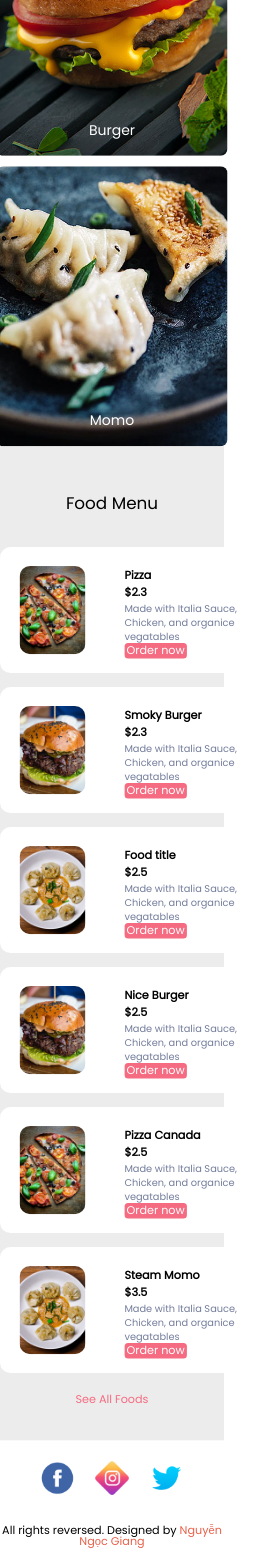
Repository: ruaruababa/WowFood
Page: index.html
The author's editor kept a copy of each file at every save. The page is drawn from the files as they stood at one save, then again after the next save.
The browser window is 320 px wide. The page is 375 px wide, then 325 px, so the pictures cover 375 px, including what lies to the right of the window. The pictures show the part of the page from y = 1082 to 3322 px (the page is 3322 px tall), at 70% of full size.

Above is the page before, as saved 2021-09-19 21:16:14.

### index.html
<!DOCTYPE html>
<html lang="en">
  <head>
    <meta charset="UTF-8" />
    <meta http-equiv="X-UA-Compatible" content="IE=edge" />
    <meta name="viewport" content="width=device-width, initial-scale=1.0" />
    <title>Document</title>
    <link rel="stylesheet" href="./style.css" />
    <link rel="stylesheet" href="./reset.css" />
    <link rel="preconnect" href="https://fonts.googleapis.com" />
    <link rel="preconnect" href="https://fonts.gstatic.com" crossorigin />
    <link
      href="https://fonts.googleapis.com/css2?family=Poppins:wght@400&display=swap"
      rel="stylesheet"
    />
    <link
      rel="stylesheet"
      href="https://cdnjs.cloudflare.com/ajax/libs/font-awesome/5.15.4/css/all.min.css"
      integrity="sha512-1ycn6IcaQQ40/MKBW2W4Rhis/DbILU74C1vSrLJxCq57o941Ym01SwNsOMqvEBFlcgUa6xLiPY/NS5R+E6ztJQ=="
      crossorigin="anonymous"
      referrerpolicy="no-referrer"
    />
  </head>

  <body>
    <nav>
      <input type="checkbox" id="check" />
      <label for="check" class="checkbtn">
        <i class="fas fa-bars"></i>
      </label>
      <label class="logo">
        <img src="./img/logo.png" alt="" class="img-logo" />
      </label>
      <ul class="navbar">
        <li><a class="active" href="#">Home</a></li>
        <li><a href="#">Home</a></li>
        <li><a href="#">Categories</a></li>
        <li><a href="#">Foods</a></li>
        <li><a href="#">Contact</a></li>
      </ul>
    </nav>
    <section id="section-search">
      <div class="container-section-search">
        <div class="background-search">
          <img src="./img/bg.jpg" alt="bgr-search" />
        </div>
        <div class="form">
          <input
            type="text"
            placeholder="Search for Food ..."
            class="input-search"
          />
          <!-- <button class="btn-search">Search</button> -->
          <input type="button" value="Search" class="btn-search" />
        </div>
      </div>
    </section>
    <section id="section-collection">
      <div class="container-section-collection">
        <div class="explore-food">Explore Foods</div>
        <ul class="list-food">
          <li class="item">
            <img src="./img/pizza.jpg" alt="" /><span>Pizza</span>
          </li>
          <li class="item">
            <img src="./img/burger.jpg" alt="" /><span>Burger</span>
          </li>
          <li class="item">
            <img src="./img/momo.jpg" alt="" /><span>Momo</span>
          </li>
        </ul>
      </div>
    </section>
    <article>
      <div class="container-article">
        <div class="title-food-menu">Food Menu</div>
        <div class="container-menu">
          <div class="container-item">
            <img src="./img/menu-pizza.jpg" alt="" class="bgr-item" />
            <div class="item-content">
              <h6 class="title-item">Pizza</h6>
              <span class="price-item">$2.3</span>
              <p class="des-item">
                Made with Italia Sauce, Chicken, and organice vegatables
              </p>
              <a href="" class="oder-item">Order now</a>
            </div>
          </div>
          <div class="container-item">
            <img src="./img/menu-burger.jpg" alt="" class="bgr-item" />
            <div class="item-content">
              <h6 class="title-item">Smoky Burger</h6>
              <span class="price-item">$2.3</span>
              <p class="des-item">
                Made with Italia Sauce, Chicken, and organice vegatables
              </p>
              <a href="" class="oder-item">Order now</a>
            </div>
          </div>
          <div class="container-item">
            <img src="./img/menu-momo.jpg" alt="" class="bgr-item" />
            <div class="item-content">
              <h6 class="title-item">Food title</h6>
              <span class="price-item">$2.5</span>
              <p class="des-item">
                Made with Italia Sauce, Chicken, and organice vegatables
              </p>
              <a href="" class="oder-item">Order now</a>
            </div>
          </div>
          <div class="container-item">
            <img src="./img/menu-burger.jpg" alt="" class="bgr-item" />
            <div class="item-content">
              <h6 class="title-item">Nice Burger</h6>
              <span class="price-item">$2.5</span>
              <p class="des-item">
                Made with Italia Sauce, Chicken, and organice vegatables
              </p>
              <a href="" class="oder-item">Order now</a>
            </div>
          </div>
          <div class="container-item">
            <img src="./img/menu-pizza.jpg" alt="" class="bgr-item" />
            <div class="item-content">
              <h6 class="title-item">Pizza Canada</h6>
              <span class="price-item">$2.5</span>
              <p class="des-item">
                Made with Italia Sauce, Chicken, and organice vegatables
              </p>
              <a href="" class="oder-item">Order now</a>
            </div>
          </div>
          <div class="container-item">
            <img src="./img/menu-momo.jpg" alt="" class="bgr-item" />
            <div class="item-content">
              <h6 class="title-item">Steam Momo</h6>
              <span class="price-item">$3.5</span>
              <p class="des-item">
                Made with Italia Sauce, Chicken, and organice vegatables
              </p>
              <a href="" class="oder-item">Order now</a>
            </div>
          </div>
        </div>
        <div class="footer-food-menu">
          <a href="#" class="see-all-foods">See All Foods</a>
        </div>
      </div>
    </article>
    <footer>
      <div class="container-footer">
        <div class="social-network-icon">
          <div class="icon-fb">
            <a href="https://www.facebook.com/WowFoodPage"
              ><img src="./img/facebook_icon-icons.com_59205.png" alt=""
            /></a>
          </div>
          <div class="icon-insta">
            <a href="https://www.instagram.com/wowfoodrus/"
              ><img src="./img/intsa-icon.png" alt=""
            /></a>
          </div>
          <div class="icon-twitter">
            <a href="https://twitter.com/WOWFoodPics"
              ><img src="./img/twitter_socialnetwork_20007.png" alt=""
            /></a>
          </div>
        </div>
        <div class="license">
          <p>
            All rights reversed. Designed by <a href="">Nguyễn Ngọc Giang</a>
          </p>
        </div>
      </div>
    </footer>
  </body>
  <!-- <script src="/main.js"></script> -->
</html>

### style.css
li {
  text-decoration: none;
}

a {
  text-decoration: none;
}

nav {
  height: 80px;
  width: 100%;
}

label.logo {
  padding: 0 100px;
}

nav ul {
  float: right;
  margin-right: 50px;
}

nav ul li {
  display: inline-block;
  line-height: 80px;
  margin: 0 5px;
}

nav ul li a {
  color: #e7614a;
  font-size: 17px;
  padding: 7px 13px;
  border-radius: 3px;
}

.checkbtn {
  font-size: 30px;
  color: white;
  float: right;
  line-height: 80px;
  margin-right: 40px;
  cursor: pointer;
  display: none;
}

#check {
  display: none;
}

ul:hover li {
  filter: blur(3px);
  opacity: 0.5;
  transform: scale(0.98);
  box-shadow: none;
}

ul:hover li:hover {
  transform: scale(1.2);
  filter: blur(0px);
  opacity: 1;
  box-shadow: 0 8px 20px 0px rgba(0, 0, 0, 0.125);
}

.container-section-search {
  position: relative;
  text-align: center;
  margin-top: 15px;
}

.background-search {
  height: 250px;
}

.background-search img {
  height: inherit;
  width: 100%;
  object-fit: cover;
}

.form {
  width: 100%;
  position: absolute;
  top: 50%;
  left: 50%;
  transform: translate(-50%, -50%);
  height: 22px;
}

.input-search {
  width: 35%;
  height: inherit;
}

.btn-search {
  background-color: rgba(250, 59, 59, 0.849);
  border: none;
  border-radius: 5px;
  font-size: 14px;
  color: white;
  cursor: pointer;
  padding: 3px;
}

#section-collection {
  position: relative;
}

.container-section-collection {
  height: max-content;
}

.explore-food {
  padding-top: 70px;
  text-align: center;
  font-size: 24px;
  font-family: "Poppins", sans-serif;
}

.collection-food {
  width: 100%;
}

.list-food {
  margin-top: 50px;
  display: flex;
  justify-content: center;
  column-gap: 50px;
}

.list-food li {
  width: 330px;
  height: 400px;
  transition: 0.2s all;
}

.list-food li:hover {
  transform: scale(1.1);
}

.list-food li img {
  width: 100%;
  height: 100%;
  object-fit: cover;
  border-radius: 10px;
}

.list-food li span {
  font-family: "Poppins", sans-serif;
  display: block;
  font-size: 20px;
  text-align: center;
  color: #ffffff;
  margin-top: -50px;
}

article {
  background-color: #ececec;
}

.title-food-menu {
  padding-top: 70px;
  font-size: 24px;
  text-align: center;
  font-family: "Poppins", sans-serif;
}

.container-menu {
  padding-top: 50px;
  display: grid;
  grid-gap: 20px;
  grid-template-columns: repeat(auto-fit, minmax(550px, 1fr));
  grid-auto-rows: 180px;
  justify-items: center;
  font-family: "Poppins", sans-serif;
}

.container-item:nth-child(odd) {
  justify-self: end;
}

.container-item:nth-child(even) {
  justify-self: start;
}

.container-item {
  background-color: #ffffff;
  display: flex;
  align-items: center;
  border-radius: 15px;
}

.container-item img {
  width: 25%;
  height: 70%;
  object-fit: cover;
  border-radius: 15px;
  margin: 0 28px;
}

.container-item .item-content {
  width: 100%;
  height: 70%;
  object-fit: cover;
  border-radius: 15px;
  margin: 0 28px;
}

.item-content {
  display: inline-block;
}

.title-item {
  font-size: 16px;
  font-weight: bold;
  line-height: 25px;
}

.price-item {
  line-height: 25px;
  font-weight: bold;
}

.des-item {
  font-size: 14px;
  line-height: 20px;
  color: #747d9c;
}

.oder-item {
  text-decoration: none;
  background-color: #f56b81;
  color: white;
  border-radius: 5px;
  padding: 3px;
  display: inline-block;
}

.footer-food-menu {
  margin-top: 30px;
}

.see-all-foods {
  display: block;
  text-align: center;
  text-decoration: none;
  color: #f56b81;
  padding-bottom: 50px;
  font-family: "Poppins", sans-serif;
  transition: 0.2s all;
}

.see-all-foods:hover {
  text-decoration: underline;
  transform: scale(1.1);
}

.social-network-icon {
  display: flex;
  justify-content: center;
  margin-top: 30px;
}

.icon-insta {
  margin: 0 30px;
}

.license {
  margin-top: 40px;
  margin-bottom: 30px;
  font-family: "Poppins", sans-serif;
}

.license p {
  text-align: center;
}

.license p a {
  text-decoration: none;
  color: #e7614a;
}

@media (max-width: 952px) {
  label.logo {
    padding-left: 50px;
  }

  nav ul li a {
    font-size: 16px;
  }

  .container-item:nth-child(odd) {
    justify-self: center;
  }

  .container-item:nth-child(even) {
    justify-self: center;
  }
}

@media (max-width: 858px) {
  i {
    color: black;
  }

  .checkbtn {
    display: block;
  }

  .navbar {
    position: fixed;
    width: 100%;
    height: 250px;
    left: -100%;
    text-align: center;
    transition: all 0.5s;
    z-index: 2;
    background-color: #ffffff;
  }

  nav ul li {
    display: block;
    margin: 10px 0;
    line-height: 30px;
  }

  nav ul li a {
    font-size: 20px;
  }

  #check:checked ~ ul {
    left: 0;
  }

  .container-section-collection {
    height: max-content;
  }
}

section {
  position: relative;
}
@media (max-width: 414px) {
  label img {
    margin-left: -50px;
  }
  i.fa-bars {
    margin-right: -20px;
  }
  .navbar {
    position: fixed;
    width: 414px;
    height: 250px;
    left: -100%;
    text-align: center;
    transition: all 0.5s;
    z-index: 2;
    background-color: #ffffff;
  }

  nav ul li {
    display: block;
    margin: 10px 0;
    line-height: 30px;
  }

  nav ul li a {
    font-size: 20px;
  }

  #check:checked ~ ul {
    left: 0;
  }
  .list-food {
    display: flex;
    flex-direction: column;
    gap: 15px;
  }

  .item {
    align-self: center;
  }

  .container-menu {
    padding-top: 50px;
    display: grid;
    grid-gap: 20px;
    grid-template-columns: repeat(auto-fit, minmax(375px, 1fr));
    grid-auto-rows: 180px;
    justify-items: center;
    font-family: "Poppins", sans-serif;
  }
}

@media (max-width: 375px) {
  label img {
    margin-left: -50px;
  }
  i.fa-bars {
    margin-right: -20px;
  }
  .navbar {
    position: fixed;
    width: 375px;
    height: 250px;
    left: -100%;
    text-align: center;
    transition: all 0.5s;
    z-index: 2;
    background-color: #ffffff;
  }

  nav ul li {
    display: block;
    margin: 10px 0;
    line-height: 30px;
  }

  nav ul li a {
    font-size: 20px;
  }

  #check:checked ~ ul {
    left: 0;
  }

  .list-food {
    display: flex;
    flex-direction: column;
    gap: 15px;
  }

  .item {
    align-self: center;
  }

  .container-menu {
    padding-top: 50px;
    display: grid;
    grid-gap: 20px;
    grid-template-columns: repeat(auto-fit, minmax(375px, 1fr));
    grid-auto-rows: 180px;
    justify-items: center;
    font-family: "Poppins", sans-serif;
  }
  @media (max-width: 320px) {
  label img {
    margin-top: -70px;
    margin-left: -50px;
    padding-bottom: 10px;
  }
  i.fa-bars {
    margin-right: -20px;
  }
  .navbar {
    position: fixed;
    width: 375px;
    height: 250px;
    left: -100%;
    text-align: center;
    transition: all 0.5s;
    z-index: 2;
    background-color: #ffffff;
  }

  nav ul li {
    display: block;
    margin: 10px 0;
    line-height: 30px;
  }

  nav ul li a {
    font-size: 20px;
  }

  #check:checked ~ ul {
    left: 0;
  }

  .list-food {
    display: flex;
    flex-direction: column;
    gap: 15px;
  }

  .item {
    align-self: center;
  }

  .container-menu {
    padding-top: 50px;
    display: grid;
    grid-gap: 20px;
    grid-template-columns: repeat(auto-fit, minmax(375px, 1fr));
    grid-auto-rows: 180px;
    justify-items: center;
    font-family: "Poppins", sans-serif;
  }
}

/* article{
  position: relative;
  top: 200px;
} */

Loaded but not shown: reset.css (common file)

After the next save:
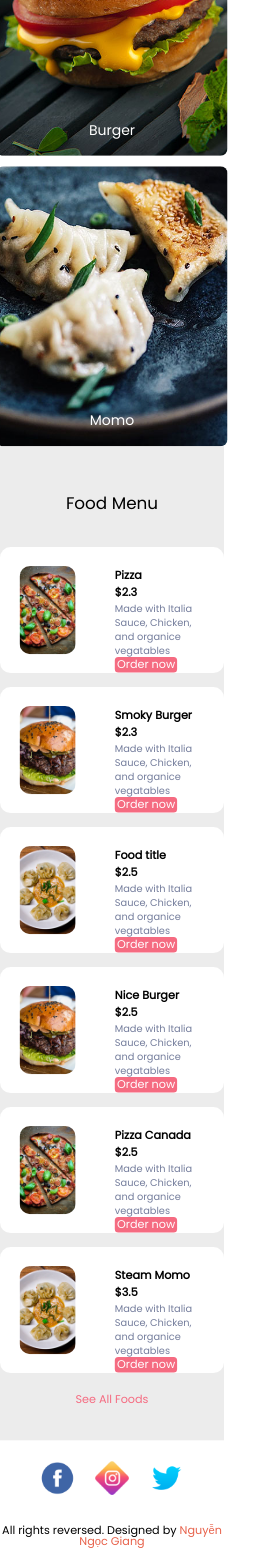
Saved 16 s later.
--- a/style.css
+++ b/style.css
@@ -490,7 +490,7 @@ section {
     padding-top: 50px;
     display: grid;
     grid-gap: 20px;
-    grid-template-columns: repeat(auto-fit, minmax(375px, 1fr));
+    grid-template-columns: repeat(auto-fit, minmax(320px, 1fr));
     grid-auto-rows: 180px;
     justify-items: center;
     font-family: "Poppins", sans-serif;
